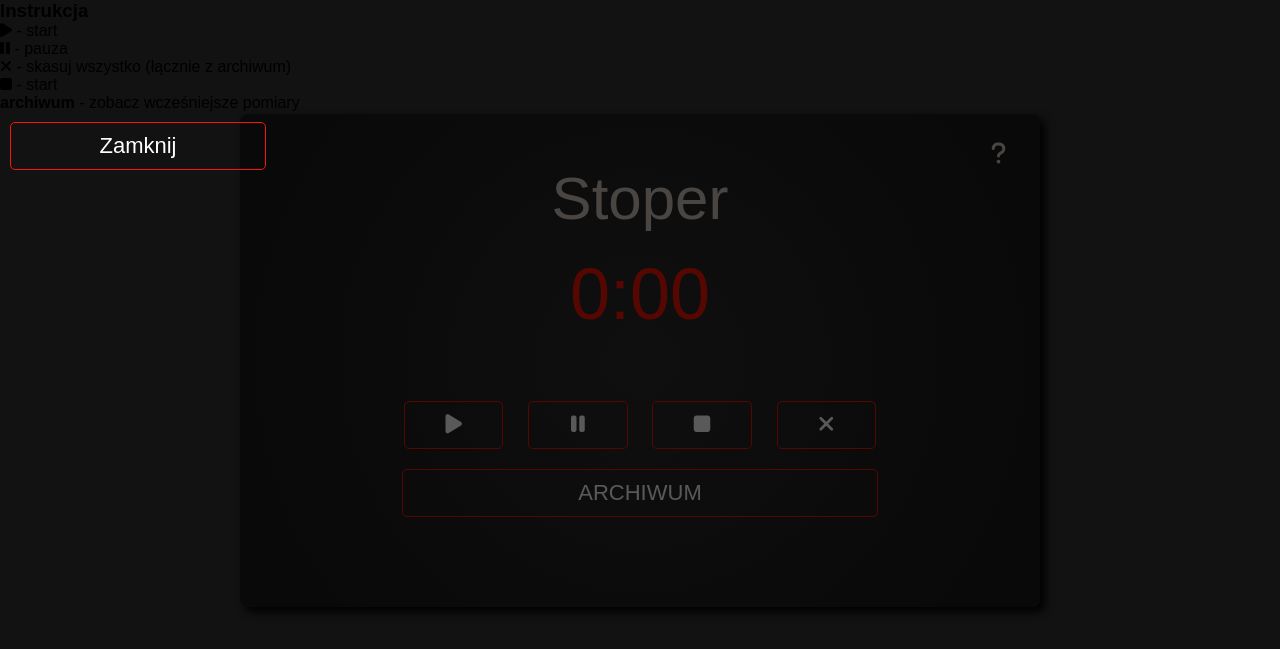
Repository: KrzysKolo/Projekt-5_Stoper
Page: index.html
These files come from the project's save history. The page is drawn as it stood at one moment and after the next save; the edit follows.
The browser window is 1280 px wide. The pictures show the whole page.
Some web fonts or font styles are not loaded; a fallback is used. Some web libraries are served in a nearby version.

Above is the page before, as saved 2020-07-05 17:26:25.

After the next save:
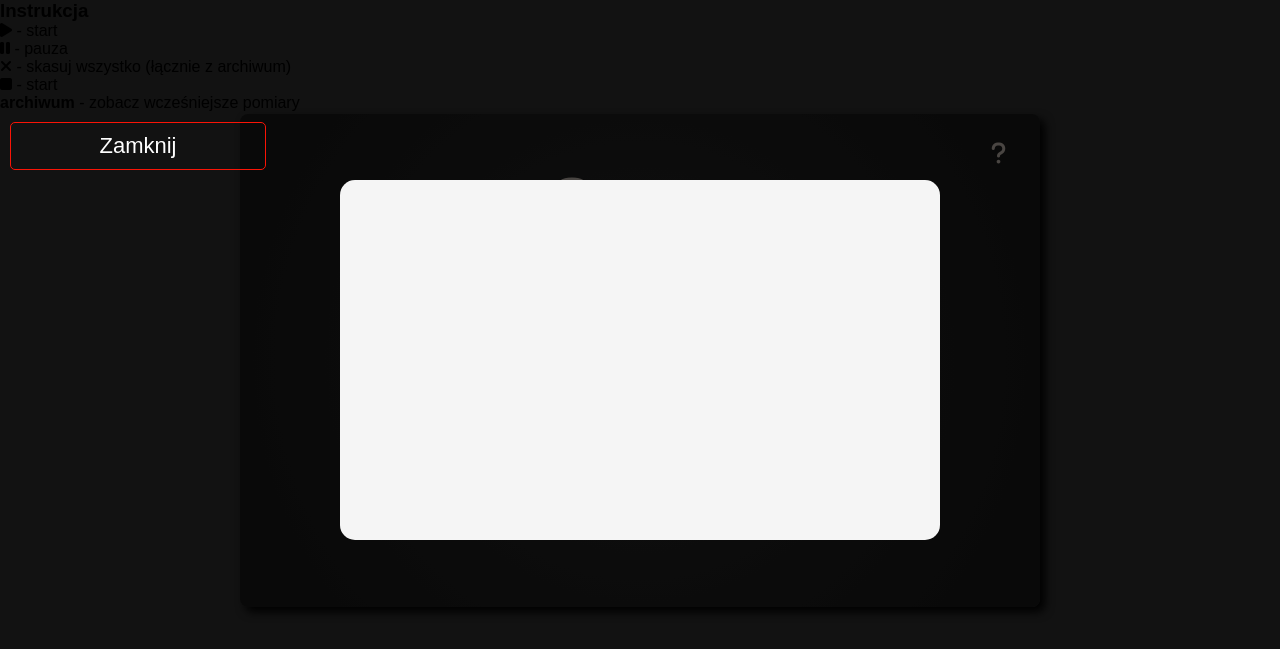
Saved 3 min 18 s later.
--- a/css/style.css
+++ b/css/style.css
@@ -104,3 +104,14 @@ time-list span {
   height: 100%;
   background-color: rgba(0, 0, 0, 0.65);
 }
+.modal {
+  position: absolute;
+  top: 50%;
+  left: 50%;
+  transform: translate(-50%, -50%);
+  width: 600px;
+  height: 360px;
+  padding: 30px 60px;
+  border-radius: 15px;
+  background-color: rgb(245, 245, 245);
+}
